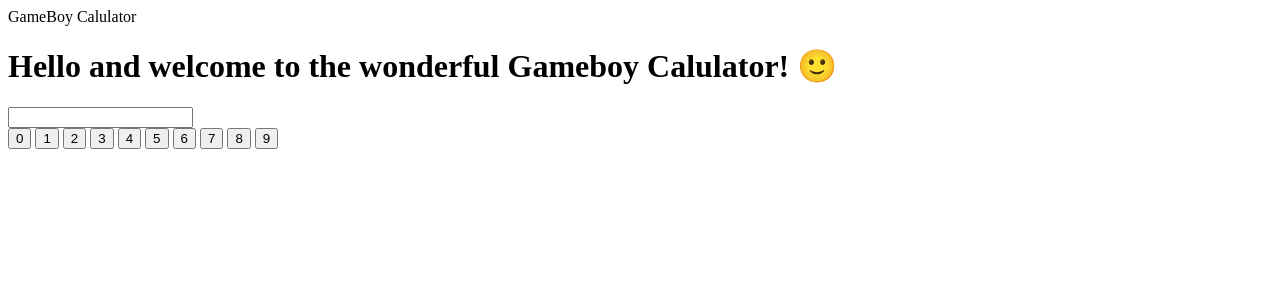
Repository: CrazyPaine/GameBoy-Calculator
Page: index.html
The author's editor kept a copy of each file at every save. The page is drawn from the files as they stood at one save, then again after the next save.
The browser window is 1280 px wide. The pictures show the whole page.

Above is the page before, as saved 2024-02-01 15:21:30.

After the next save:
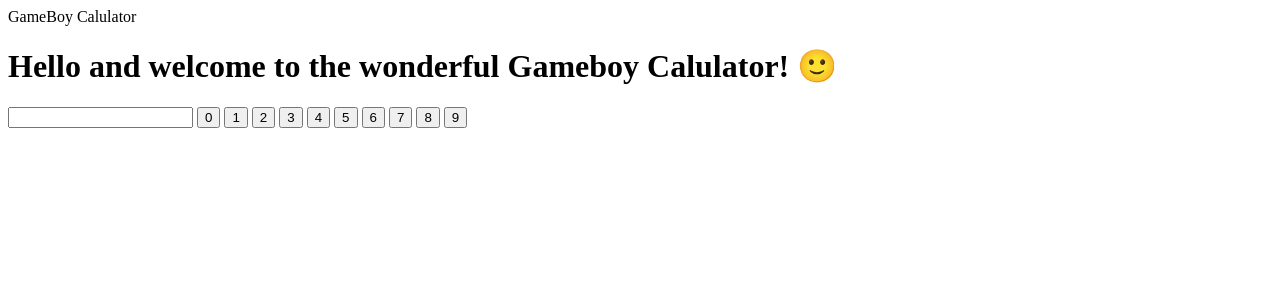
Saved 12 min 51 s later.
--- a/index.html
+++ b/index.html
@@ -11,9 +11,8 @@
     <h1 class = "Intro">Hello and welcome to the wonderful Gameboy Calulator! &#128578;</h1>
 
     <div class = 'container'>
-        <input type="number"id="enterNums" min="1" placeholder="">
+        <input type="text"id="display" min="1" placeholder="">
 
-        <div class="containerforbuttons">
             <button>0</button>
             <button>1</button>
             <button>2</button>
